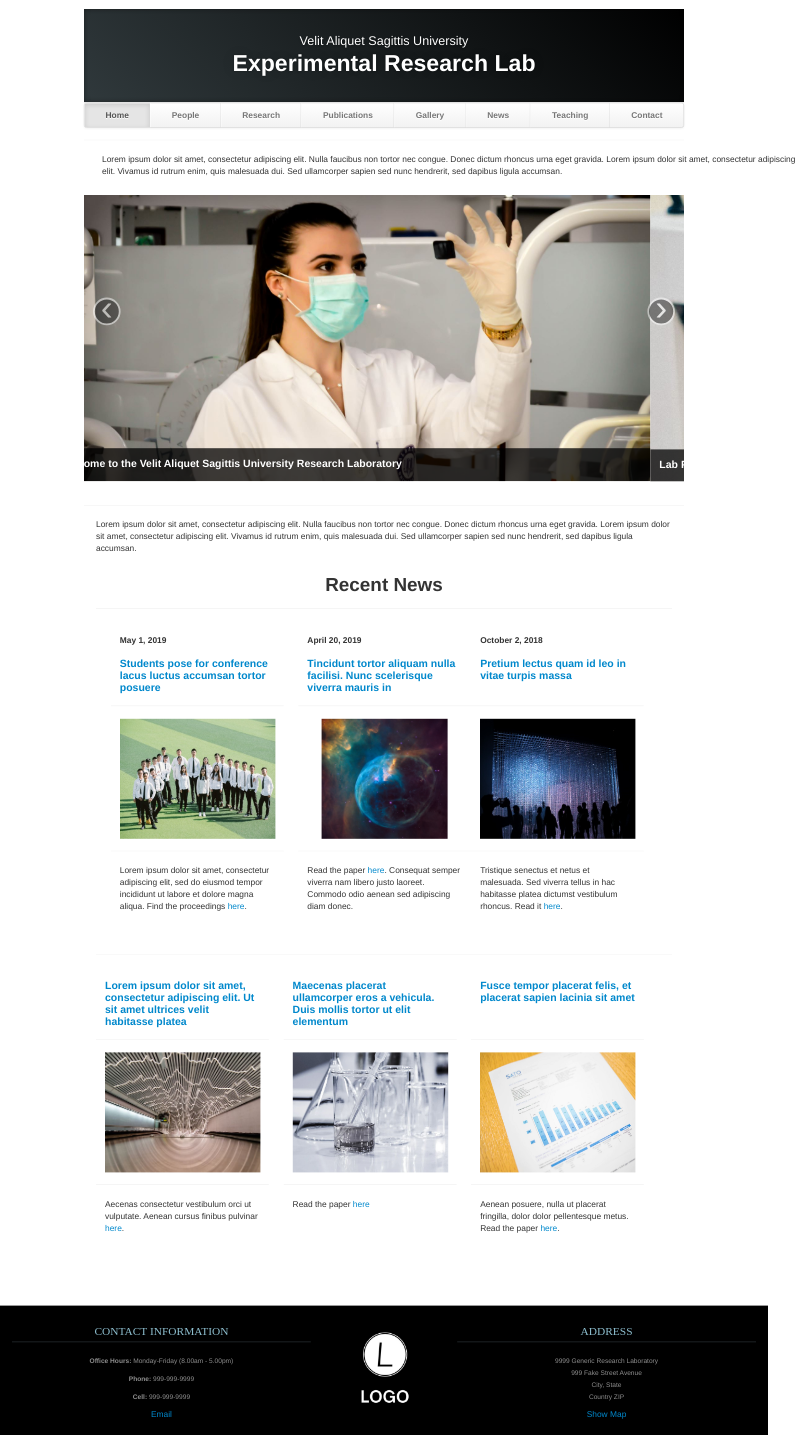
Repository: IAEUC/iaeuc.github.io
Page: index.html
The author's editor kept a copy of each file at every save. The page is drawn from the files as they stood at one save, then again after the next save.
The browser window is 1280 px wide. The page is 1340 px wide, then 1280 px, so the pictures cover 1340 px, including what lies to the right of the window. The pictures show the whole page, at 60% of full size.

Above is the page before, as saved 2025-08-07 17:14:49.

After the next save:
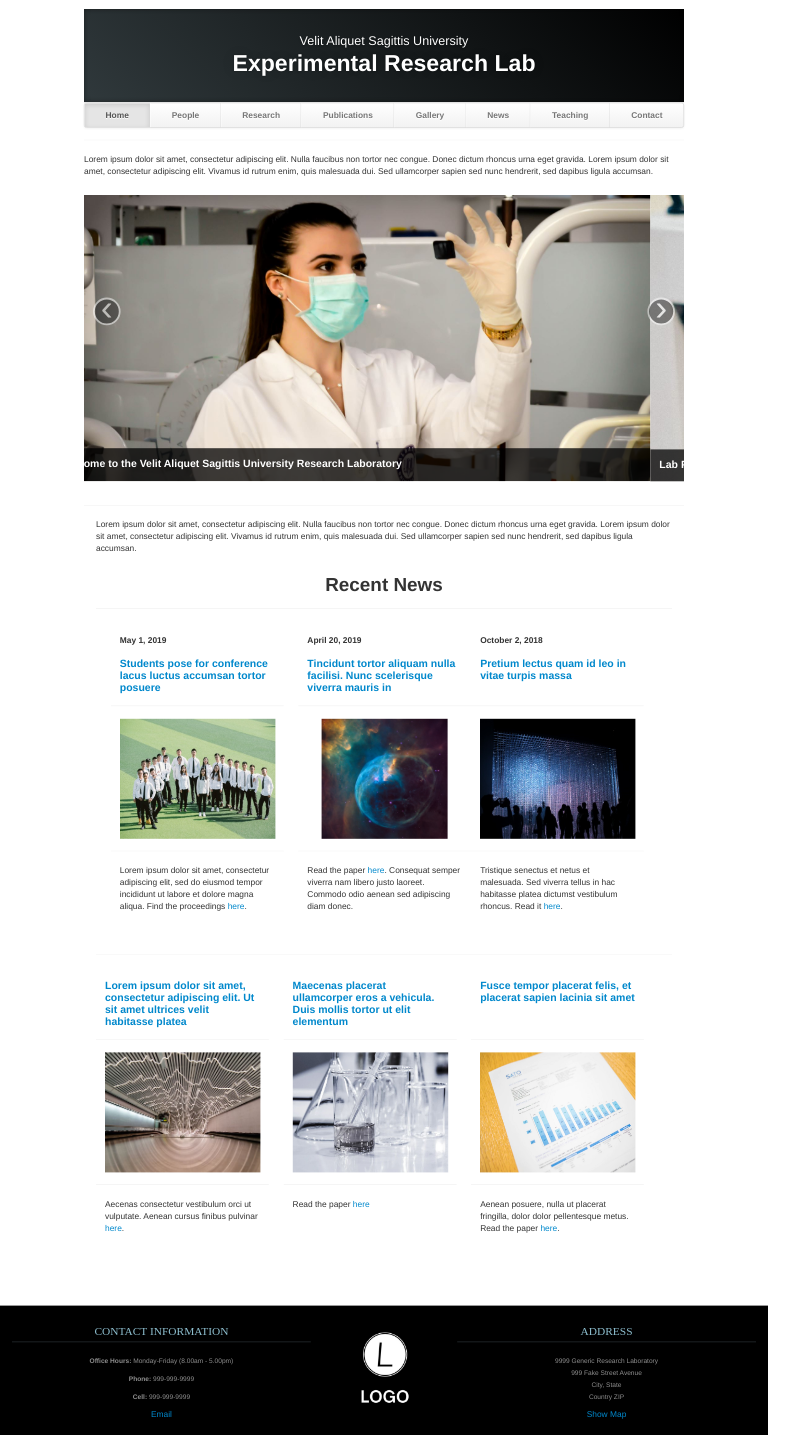
Saved 24 s later.
--- a/index.html
+++ b/index.html
@@ -36,15 +36,18 @@
             </div>
          </div>
          <hr>
-         <div class="span12">
-                  <p>
-                     Lorem ipsum dolor sit amet, consectetur adipiscing elit. Nulla faucibus non tortor nec congue.
-                     Donec dictum rhoncus urna eget gravida. Lorem ipsum dolor sit amet, consectetur adipiscing elit.
-                     Vivamus id rutrum enim, quis malesuada dui. Sed ullamcorper sapien sed nunc hendrerit, sed dapibus
-                     ligula accumsan.
-                  </p>
-                  <br/>
-               </div>
+         <div class="row-fluid">
+            <div class="span12">
+                              <p>
+                                 Lorem ipsum dolor sit amet, consectetur adipiscing elit. Nulla faucibus non tortor nec congue.
+                                 Donec dictum rhoncus urna eget gravida. Lorem ipsum dolor sit amet, consectetur adipiscing elit.
+                                 Vivamus id rutrum enim, quis malesuada dui. Sed ullamcorper sapien sed nunc hendrerit, sed dapibus
+                                 ligula accumsan.
+                              </p>
+                              <br/>
+                           </div>
+         </div>
+
          <div class="row-fluid">
             <div class="span12">
                <div id="main-carousel" class="carousel slide">
